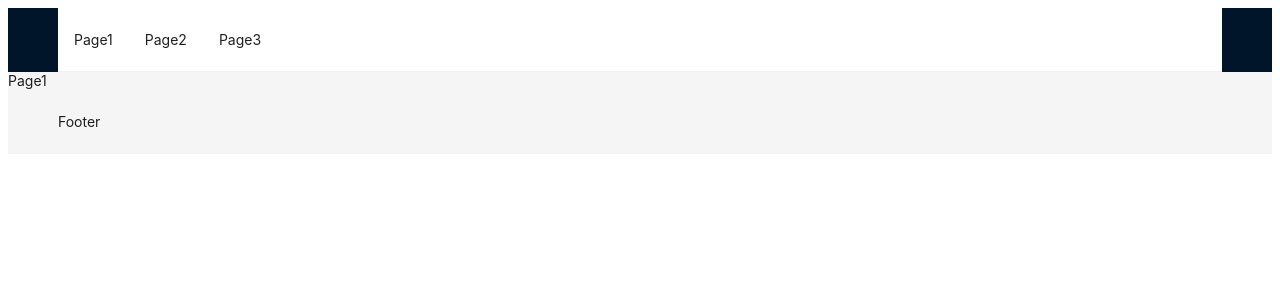
Repository: BESTETURKMEN/e-commerce
Page: /
An editor plug-in stored every save of this project. The page is shown before and after the next save, followed by the edit.
The browser window is 1280 px wide. The pictures show the whole page.
The project was rebuilt for these pictures with package versions that can differ from the ones it lists, and the page was loaded fresh each time. Also part of the build but not shown: webpack.config.js, src/layout/layout.scss, src/pages/page2.jsx, src/pages/page3.jsx.

Above is the page before, as saved 2023-08-21 09:41:25.

### public/index.html
<!DOCTYPE html>
<html lang="en">
  <head>
    <meta charset="utf-8" />

    <meta name="viewport" content="width=device-width, initial-scale=1" />
    <meta name="theme-color" content="#000000" />
    <meta
      name="description"
      content="Web site created using create-react-app"
    />
    <link rel="apple-touch-icn" href="" />

    <title>React App</title>
  </head>
  <body>
    <noscript>You need to enable JavaScript to run this app.</noscript>
    <div id="root"></div>
  </body>
</html>

### src/index.js
import React from "react";
import ReactDOM from "react-dom/client";

import { HashRouter } from "react-router-dom";

import reportWebVitals from "./reportWebVitals";
import RouteWrapper from "./config/routeWrapper";

const root = ReactDOM.createRoot(document.getElementById("root"));
root.render(
  <React.StrictMode>
    <HashRouter>
      <RouteWrapper />
    </HashRouter>
  </React.StrictMode>
);

// If you want to start measuring performance in your app, pass a function
// to log results (for example: reportWebVitals(console.log))
// or send to an analytics endpoint. Learn more: https://bit.ly/CRA-vitals
reportWebVitals();

### src/config/routeWrapper.jsx
import React from "react";
import { Route, Routes } from "react-router";

import Index from "../layout";
import Page1 from "../pages/page1";
import Page2 from "../pages/page2";
import Page3 from "../pages/page3";

export default function RouteWrapper() {
  return (
    <div>
      <Routes>
        <Route element={<Index />}>
          <Route path="/" element={<Page1 />} />
          <Route path="/Page2" element={<Page2 />} />
          <Route path="/Page3" element={<Page3 />} />
        </Route>
      </Routes>
    </div>
  );
}

### src/layout/index.jsx
import React from "react";
import { Outlet } from "react-router";
import { Layout } from "antd";

import Footer from "./footer";
import Header from "./header";

import "./layout.scss";
export default function Index() {
  return (
    <div>
      <Layout>
        <Layout.Header>
          <Header />
        </Layout.Header>
        <Layout.Content className="content">
          <Outlet />
        </Layout.Content>
        <Layout.Footer>
          <Footer />
        </Layout.Footer>
      </Layout>
    </div>
  );
}

### src/pages/page1.jsx
import React from "react";

export default function Page1() {
  return <div>Page1</div>;
}

### src/layout/header.jsx
import { Menu } from "antd";
import React from "react";
import { Link } from "react-router-dom";
import "./layout.scss";

export default function Header() {
  const menu = [
    {
      key: "1",
      label: "Page1",
      path: "/",
    },
    {
      key: "2",
      label: "Page2",
      path: "/Page2",
    },
    {
      key: "3",
      label: "Page3",
      path: "/Page3",
    },
  ];
  return (
    <div>
      <div className="menuLine">
        <Menu mode="horizontal">
          {menu.map((item) => (
            <Menu.Item key={item.key}>
              <Link to={item.path}>{item.label}</Link>
            </Menu.Item>
          ))}
        </Menu>
      </div>
    </div>
  );
}

Loaded but not shown: src/reportWebVitals.js (common file); src/layout/footer.jsx (common file)

After the next save:
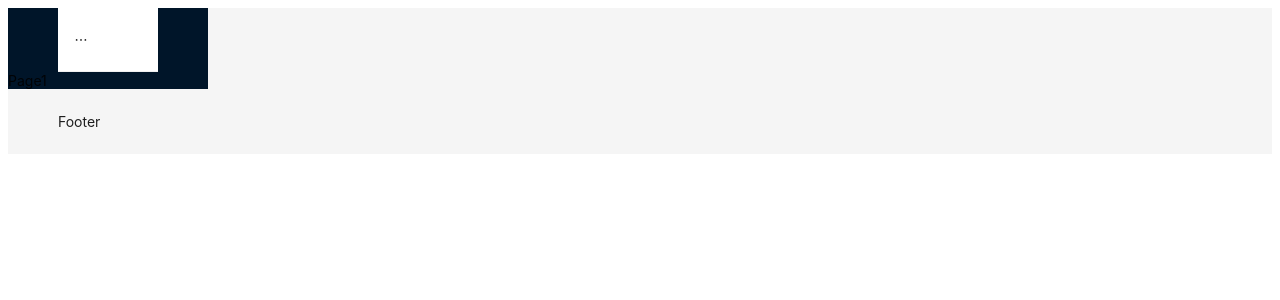
Saved 13 min 2 s later.
--- a/src/layout/index.jsx
+++ b/src/layout/index.jsx
@@ -10,15 +10,17 @@ export default function Index() {
   return (
     <div>
       <Layout>
-        <Layout.Header>
-          <Header />
-        </Layout.Header>
-        <Layout.Content className="content">
-          <Outlet />
-        </Layout.Content>
-        <Layout.Footer>
-          <Footer />
-        </Layout.Footer>
+        <Layout.Sider>
+          <Layout.Header>
+            <Header />
+          </Layout.Header>
+          <Layout.Content className="content">
+            <Outlet />
+          </Layout.Content>
+          <Layout.Footer>
+            <Footer />
+          </Layout.Footer>
+        </Layout.Sider>
       </Layout>
     </div>
   );
